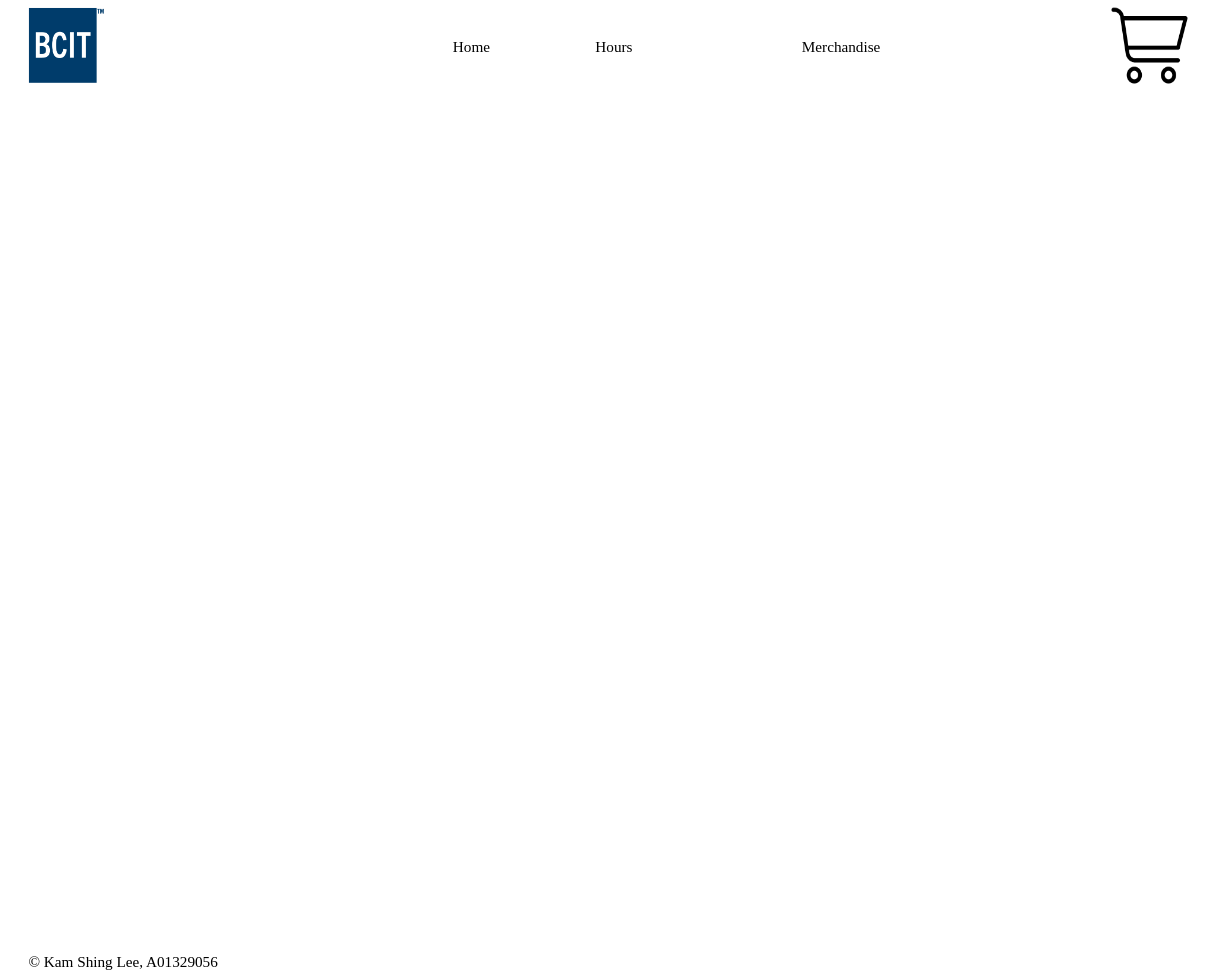
Repository: klee616/assessment3
Page: /
An editor plug-in stored every save of this project. The page is shown before and after the next save, followed by the edit.
The browser window is 1280 px wide. The pictures show the whole page, at 95% of full size.
The project was rebuilt for these pictures with package versions that can differ from the ones it lists, and the page was loaded fresh each time. The framework's server and built-in components were replaced by stand-ins that run in the browser. Also part of the build but not shown: next.config.mjs.

Above is the page before, as saved 2024-02-06 00:38:35.

After the next save:
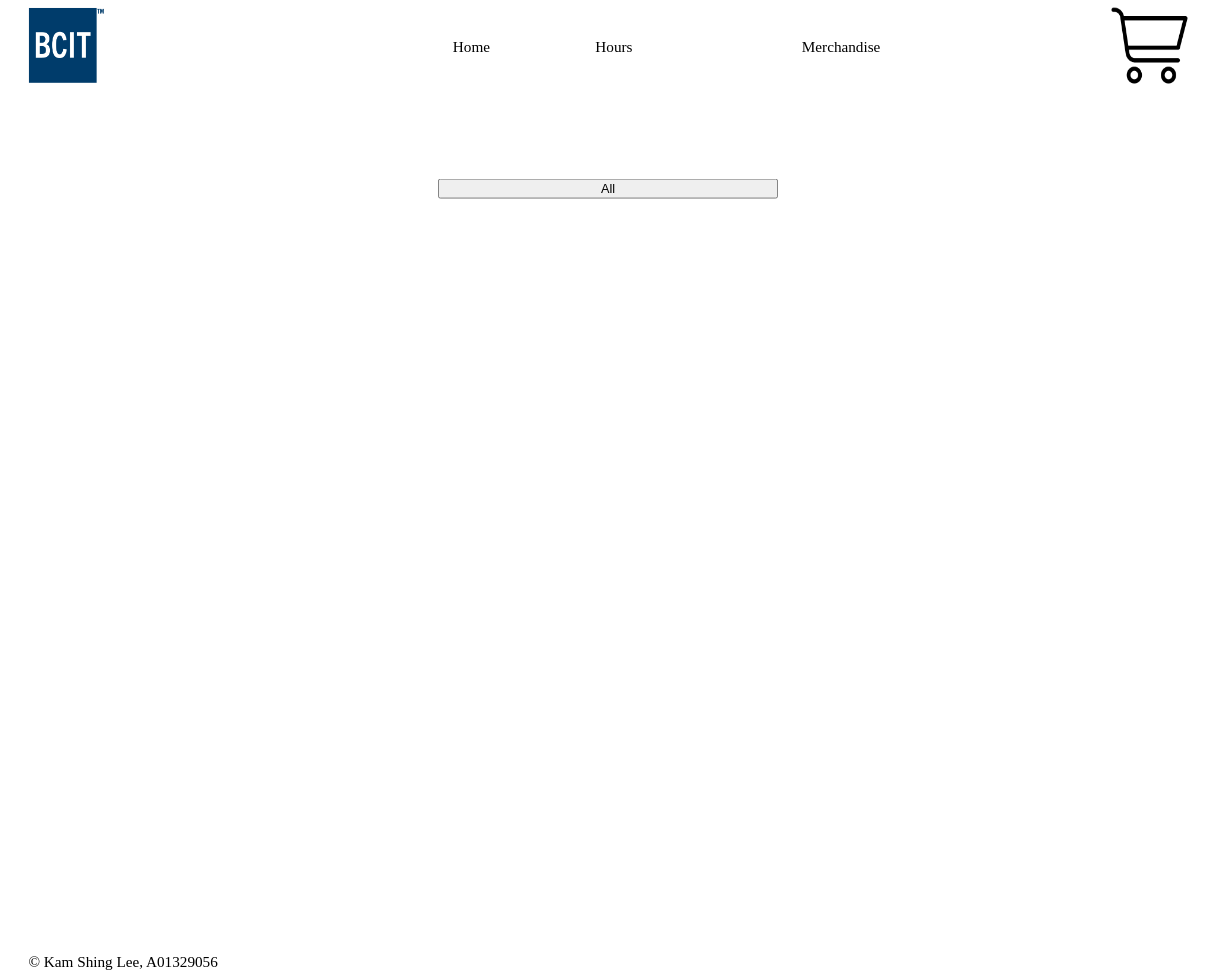
Saved 14 s later.
--- a/pages/index.js
+++ b/pages/index.js
@@ -20,7 +20,9 @@
       <Header />
       <main className={`${styles.main} ${inter.className}`}>
         <div className={`${layout['col-lg-4']} ${layout['col-md-4']} ${layout['col-lg-4']}}`}>
-          <div className={styles['aside-containera']}></div>
+          <div className={styles['aside-containera']}>
+            <button>All</button>
+          </div>
         </div>
       </main>
       <Footer />
